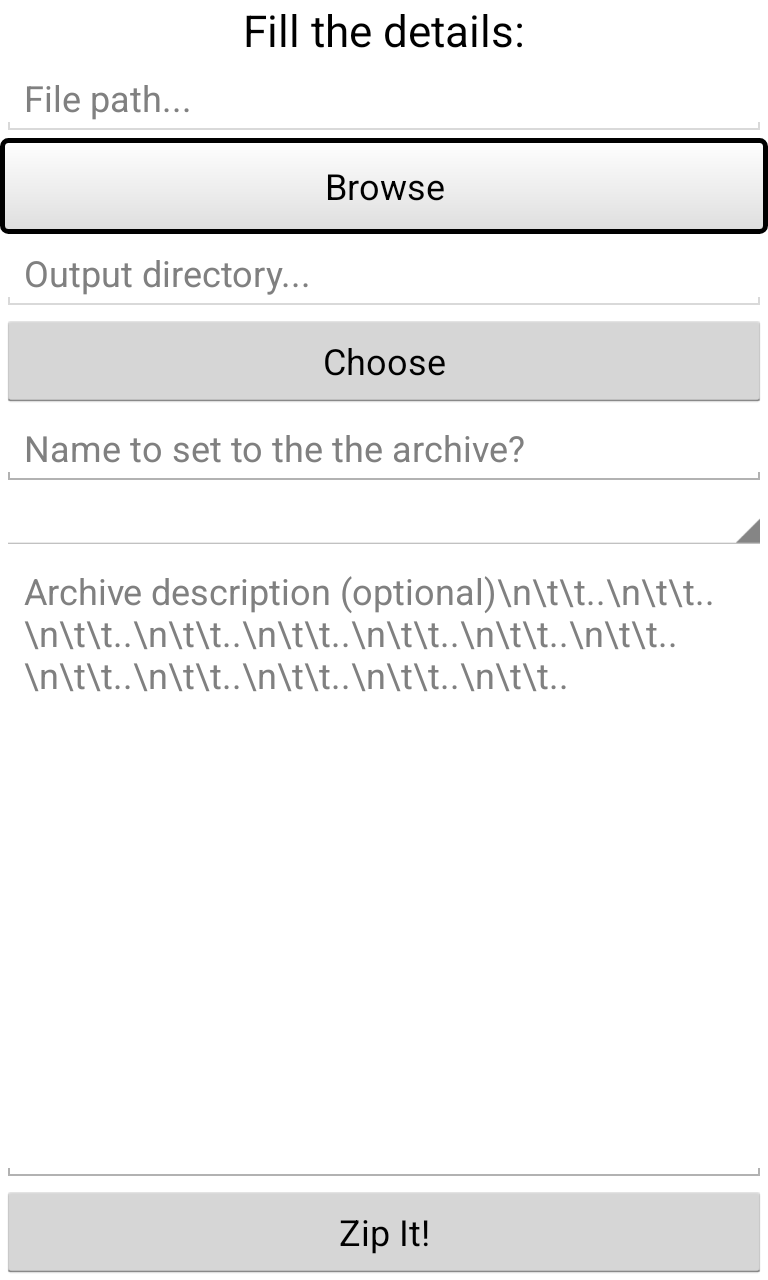
Repository: ya-ivanov/Android-Projects
Layout: Android Projects (OLD)/Zip It!/ZipIt/res/layout/activity_main.xml
These files come from the project's save history. The layout is drawn as it stood at one moment and after the next save; the edit follows.
It is drawn on a 768 x 1280 px phone screen (xhdpi) without system bars, with theme AppTheme; the app's code is not run.

Above is the layout before, as saved 2013-12-12 18:47:47.

After the next save:
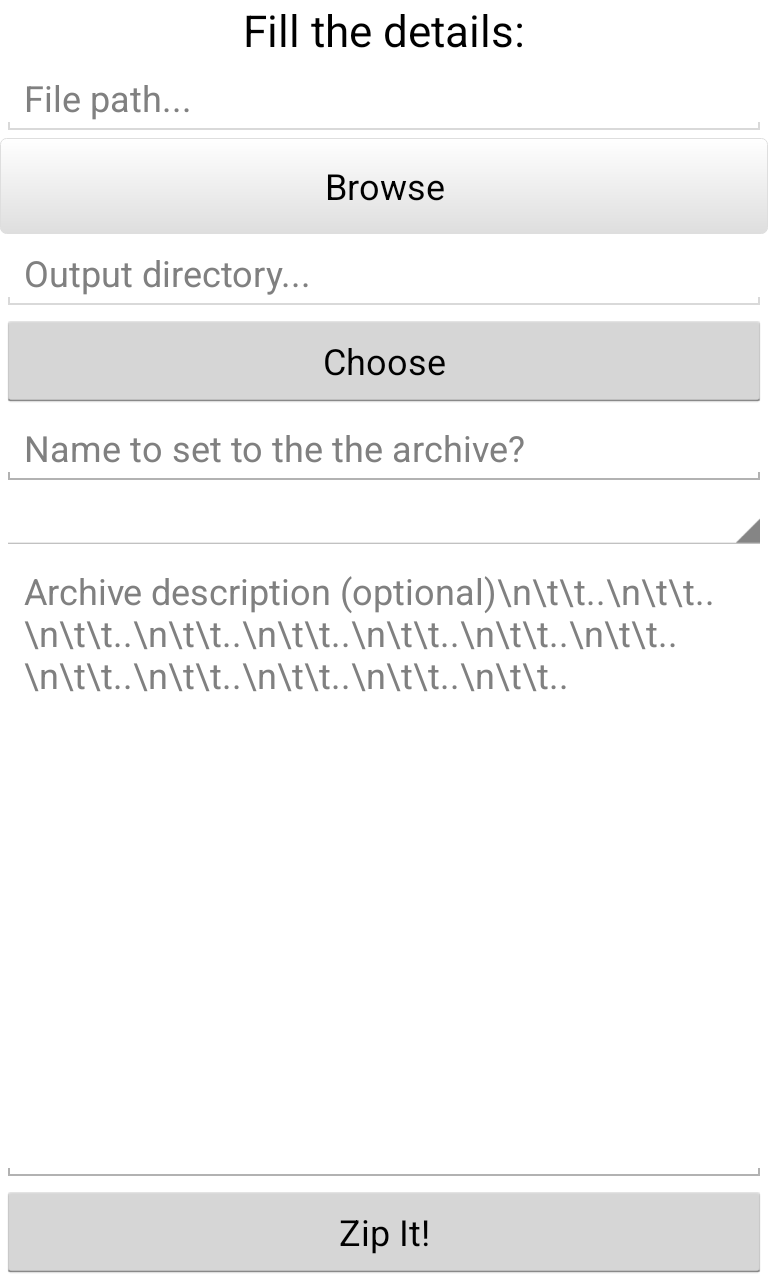
Saved 8 s later.
--- a/Android Projects (OLD)/Zip It!/ZipIt/res/drawable-hdpi/button_bg.xml
+++ b/Android Projects (OLD)/Zip It!/ZipIt/res/drawable-hdpi/button_bg.xml
@@ -5,5 +5,5 @@
     android:endColor="#dedede"
     android:angle="270" />
   <corners android:radius="3dp" />
-  <stroke android:width="5px" android:color="#000000" />
+  <stroke android:width="1px" android:color="#dedede" />
 </shape>
